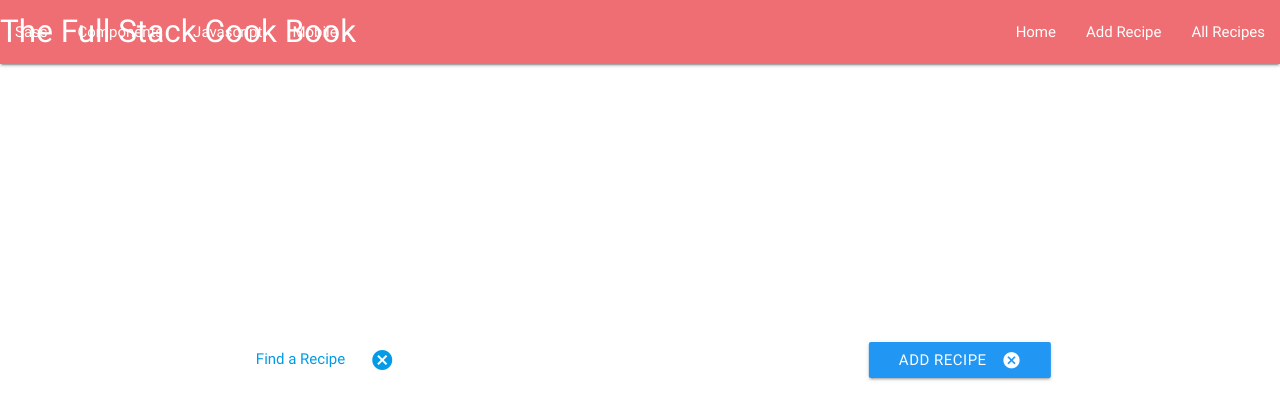
Repository: nakitamccool/francisillingworth-milestone-project-3
Page: http://localhost/index
The author's editor kept a record of every edit. The page is drawn from the files as they stood at one moment, then again after the next edit.
The browser window is 1280 px wide. The pictures show the whole page.
The page is served by the project's application, run on Flask 3 (app.py).

Above is the page before.

After the next edit:
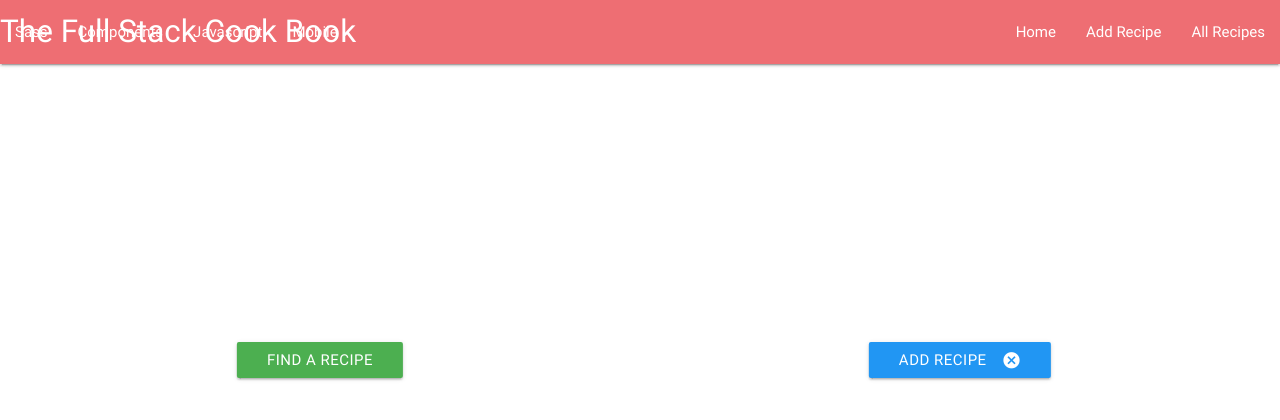
The edit:
--- a/templates/index.html
+++ b/templates/index.html
@@ -4,9 +4,9 @@
 
 <div class="split left">
     <div class="centered">
-        <div class = "addRecipe">
-        <a class = "findRecipe" href="{{ url_for('get_recipes') }}" class="waves-effect waves-light btn green">
-                <i class="material-icons right">cancel</i>Find a Recipe
+        <div class = "findRecipe">
+        <a href="{{ url_for('get_recipes') }}" class="waves-effect waves-light btn green">
+               Find a Recipe
             </a>
         </div>
     </div>
